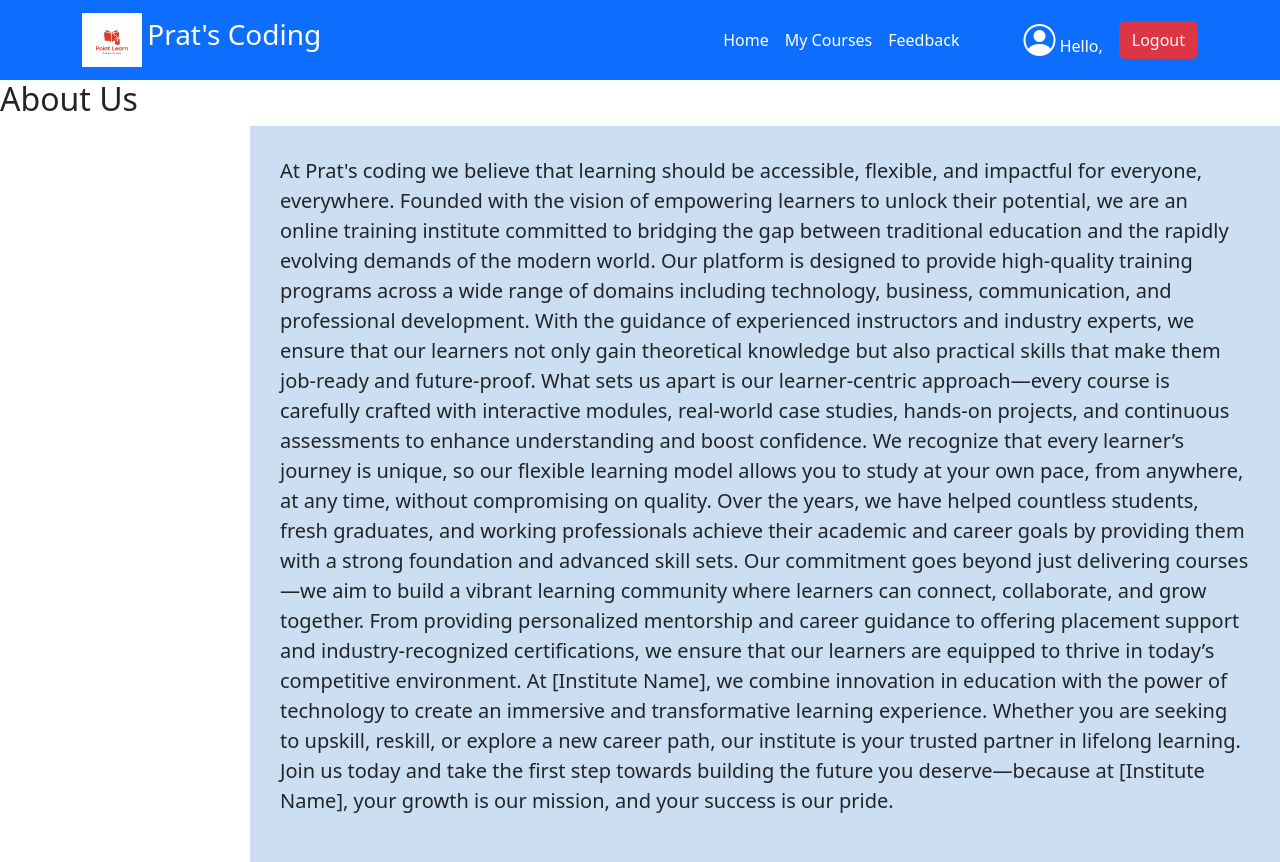
Repository: Pratikshae/OnlineLearningEPlatform
Page: http://localhost/about-us
These files come from the project's save history. The page is drawn as it stood at one moment and after the next save; the edit follows.
The browser window is 1280 px wide. The pictures show the whole page.
The page is this project's Thymeleaf template; nobody is signed in. The template is opened directly, without the code that normally fills it, so the values that code supplies are empty.

Above is the page before, as saved 2025-09-22 09:51:15.

After the next save:
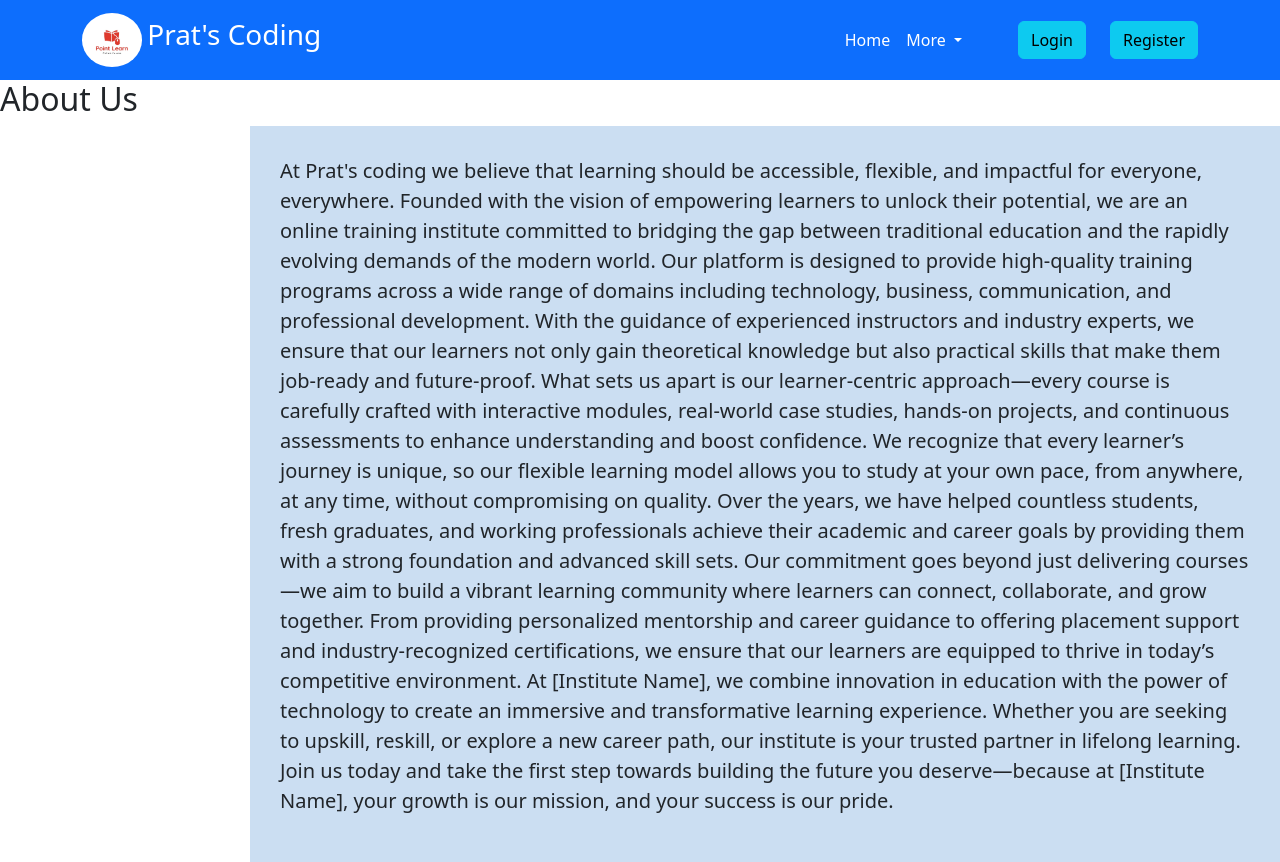
Saved 2 min 47 s later.
--- a/EducationCRMProject/src/main/resources/templates/about-us.html
+++ b/EducationCRMProject/src/main/resources/templates/about-us.html
@@ -16,7 +16,7 @@
 
 </head>
 <body>
-	<div th:replace="~{fragments/user-header :: u-header}"></div>
+	<div th:replace="~{fragments/header :: header}"></div>
 	<h2 class="justify-content-center align-items-center">About Us</h2>
 
 	<div class="main-content">
